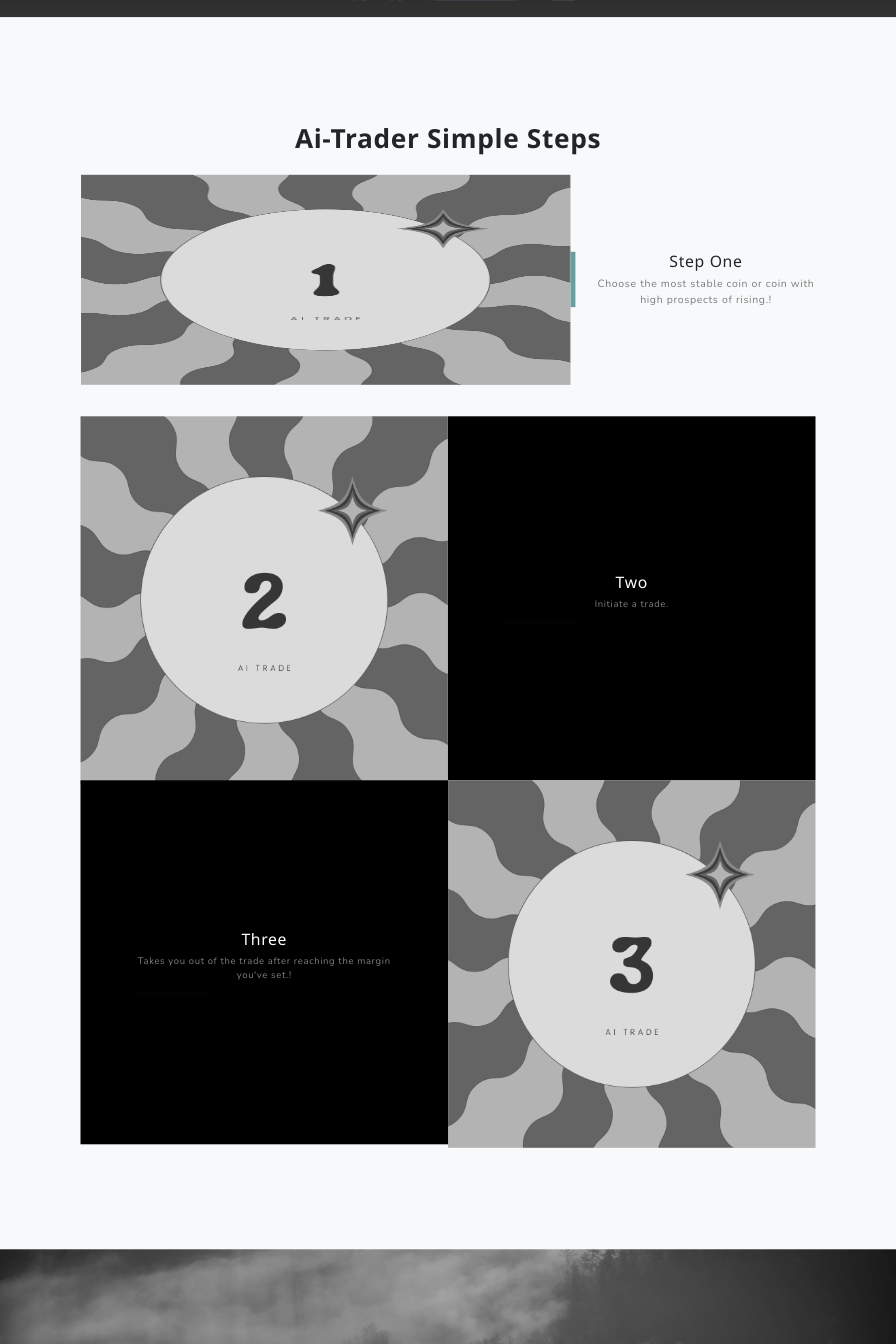
Repository: seyicoded/ico_one
Page: index.html
The author's editor kept a copy of each file at every save. The page is drawn from the files as they stood at one save, then again after the next save.
The browser window is 1280 px wide. The pictures show the part of the page from y = 1214 to 3134 px (the page is 4148 px tall before and 3998 px after), at 70% of full size.

Above is the page before, as saved 2022-03-06 14:34:12.

After the next save:
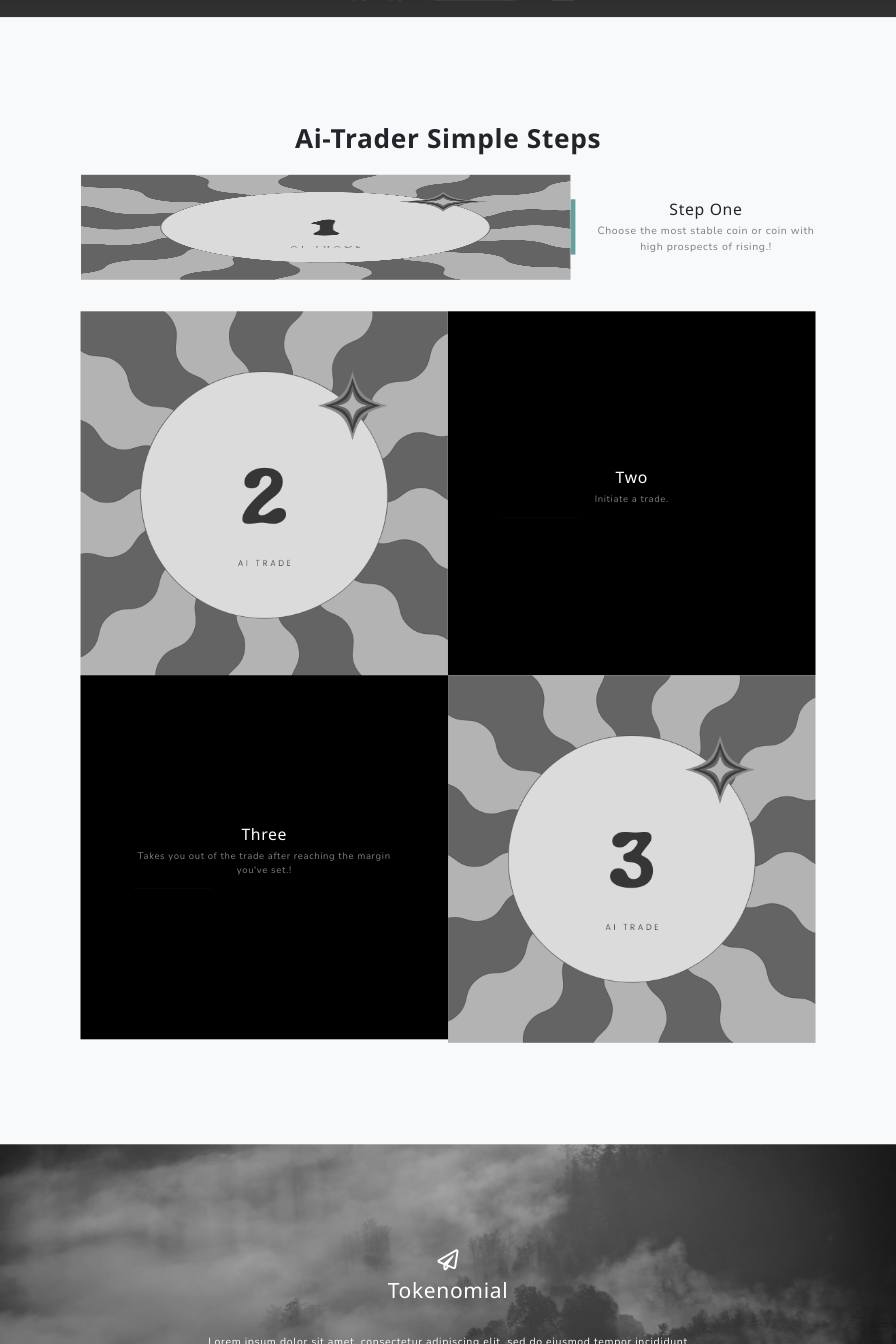
Saved 6 min 25 s later.
--- a/index.html
+++ b/index.html
@@ -113,7 +113,7 @@
                 <br />
                 <!-- Featured Project Row-->
                 <div class="row gx-0 mb-4 mb-lg-5 align-items-center wow fadeInLeft animated" data-wow-duration="600ms" data-wow-delay="400ms">
-                    <div class="col-xl-8 col-lg-7"><img class="img-fluid mb-3 mb-lg-0" src="assets/count/1.png" style="height: 300px; width: 100%; filter: grayscale(80);" alt="..." /></div>
+                    <div class="col-xl-8 col-lg-7"><img class="img-fluid mb-3 mb-lg-0" src="assets/count/1.png" style="height: 150px; width: 100%; filter: grayscale(80);" alt="..." /></div>
                     <div class="col-xl-4 col-lg-5">
                         <div class="featured-text text-center text-lg-left">
                             <h4>Step One</h4>

After the save that followed:
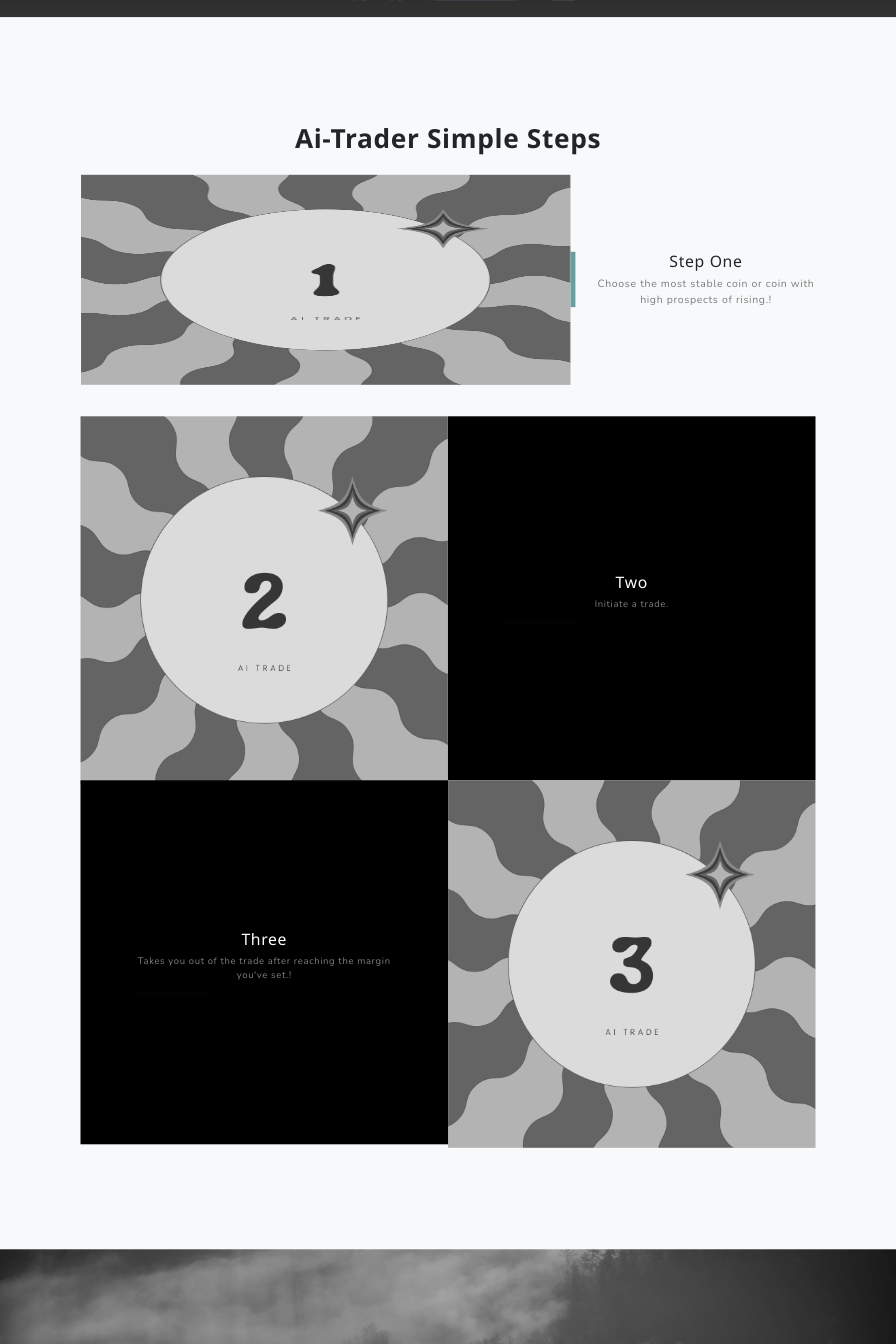
Saved 23 s later.
--- a/index.html
+++ b/index.html
@@ -113,7 +113,7 @@
                 <br />
                 <!-- Featured Project Row-->
                 <div class="row gx-0 mb-4 mb-lg-5 align-items-center wow fadeInLeft animated" data-wow-duration="600ms" data-wow-delay="400ms">
-                    <div class="col-xl-8 col-lg-7"><img class="img-fluid mb-3 mb-lg-0" src="assets/count/1.png" style="height: 150px; width: 100%; filter: grayscale(80);" alt="..." /></div>
+                    <div class="col-xl-8 col-lg-7"><img class="img-fluid mb-3 mb-lg-0" src="assets/count/1.png" style="height: 300px; width: 100%; filter: grayscale(80);" alt="..." /></div>
                     <div class="col-xl-4 col-lg-5">
                         <div class="featured-text text-center text-lg-left">
                             <h4>Step One</h4>
